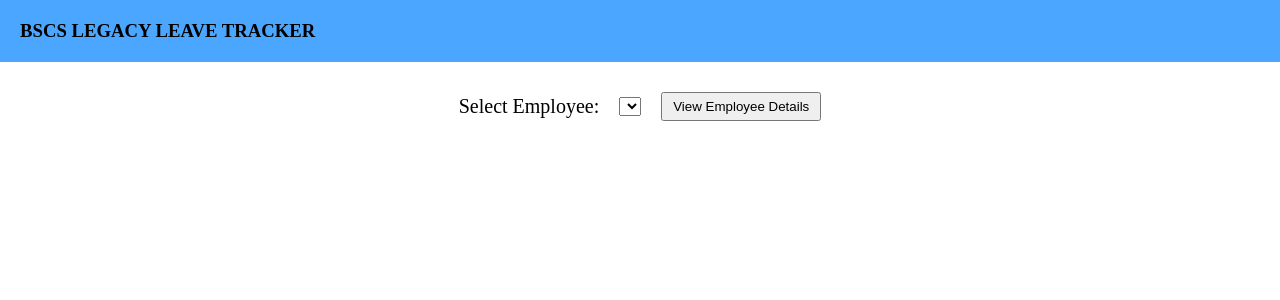
Repository: nani-samireddy/JSP-Leaves-App-with-mysql
Page: http://localhost/LeavesTracker/home
An editor plug-in stored every save of this project. The page is shown before and after the next save, followed by the edit.
The browser window is 1280 px wide. The pictures show the whole page.
Some web fonts or font styles are not loaded; a fallback is used. The page is served by Tomcat 10. Queries for data that is not in the repository find no rows.

Above is the page before, as saved 2023-01-22 16:18:03.

After the next save:
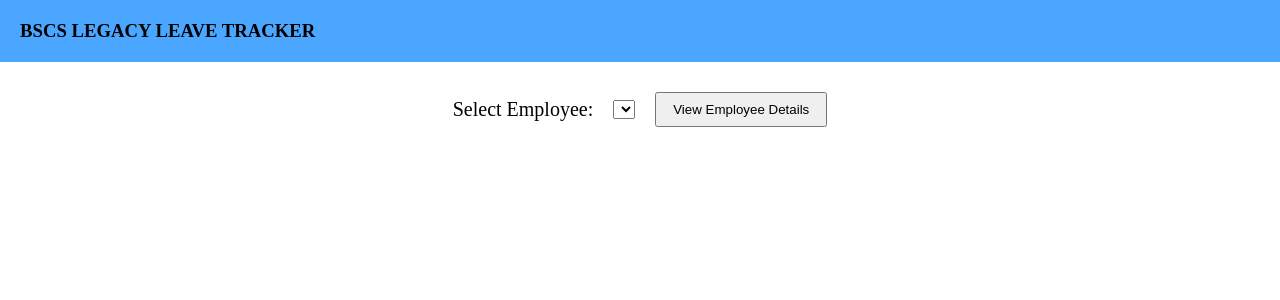
Saved 32 s later.
--- a/LeavesTracker/src/main/webapp/home.jsp
+++ b/LeavesTracker/src/main/webapp/home.jsp
@@ -58,7 +58,7 @@
 				}
 
 				input[type=submit]{
-				padding: 5px 10px;
+				padding: 8px 16px;
 				}
 			</style>
 		</head>
